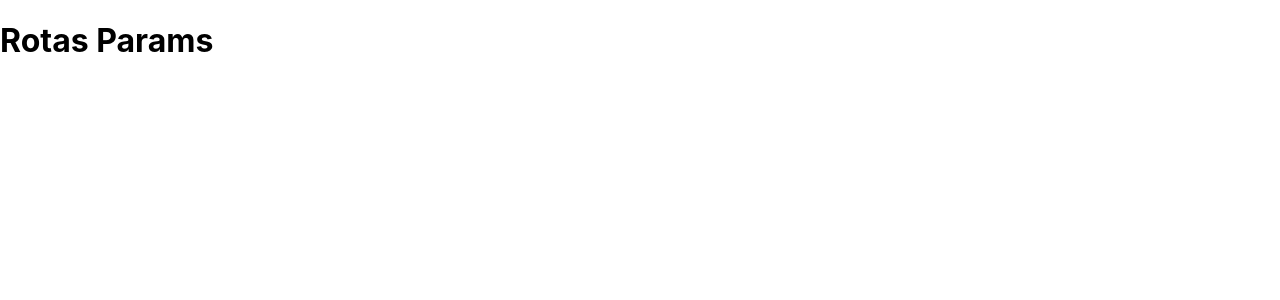
Repository: Mira757/Next-Basico
Page: /rotas/params
The author's editor kept a copy of each file at every save. The page is drawn from the files as they stood at one save, then again after the next save.
The browser window is 1280 px wide. The pictures show the whole page.
The project was rebuilt for these pictures with package versions that can differ from the ones it lists, and the page was loaded fresh each time. The framework's server and built-in components were replaced by stand-ins that run in the browser. Also part of the build but not shown: next.config.js.

Above is the page before, as saved 2022-03-14 18:24:18.

After the next save:
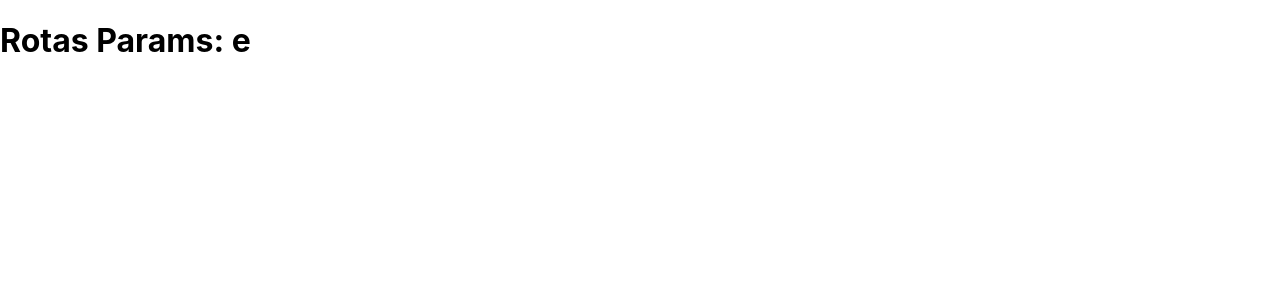
Saved 11 s later.
--- a/src/pages/rotas/params.jsx
+++ b/src/pages/rotas/params.jsx
@@ -8,7 +8,7 @@ export default function params() {
 
   return (
     <div>
-      <h1>Rotas Params</h1>
+      <h1>Rotas Params: {id} e {nome}</h1>
     </div>
   )
 }
